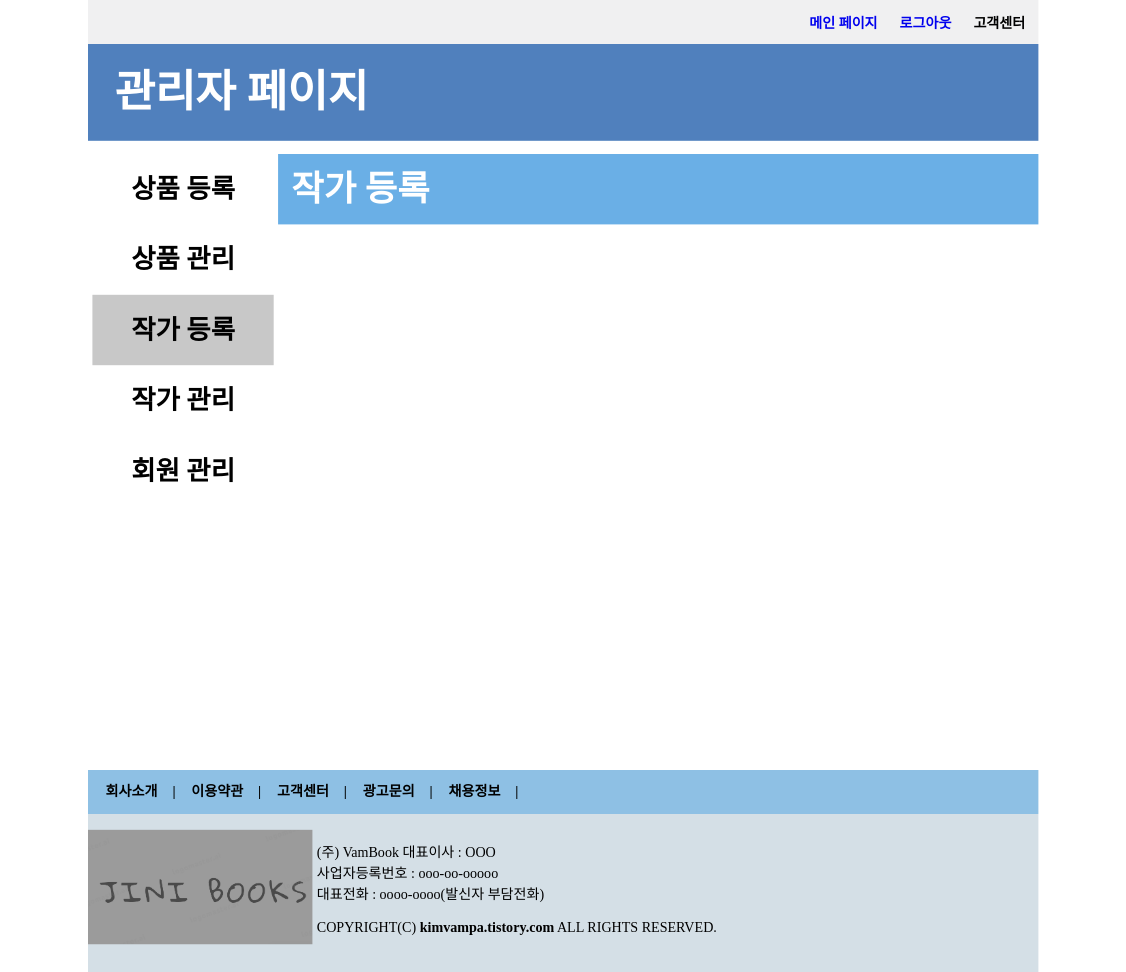
Repository: leechanjin7/ShoppingMall
Page: http://localhost/ShoppingMall/WEB-INF/views/admin/authorEnroll.jsp
The author's editor kept a copy of each file at every save. The page is drawn from the files as they stood at one save, then again after the next save.
The browser window is 1280 px wide. The pictures show the whole page, at 88% of full size.
The page is served by Tomcat 9. Nobody is signed in. Other server files are loaded and not shown. The template is opened directly, without the code that normally fills it, so the values that code supplies are empty.

Above is the page before, as saved 2023-09-08 00:31:14.

### workspace/ShoppingMall/src/main/webapp/WEB-INF/views/admin/authorEnroll.jsp
<%@ page language="java" contentType="text/html; charset=UTF-8"
    pageEncoding="UTF-8"%>
<!DOCTYPE html>
<html>
<head>
<meta charset="UTF-8">
<title>Insert title here</title>
<link rel="stylesheet" href="../resources/css/admin/authorEnroll.css">

<script
  src="https://code.jquery.com/jquery-3.4.1.js"
  integrity="sha256-WpOohJOqMqqyKL9FccASB9O0KwACQJpFTUBLTYOVvVU="
  crossorigin="anonymous"></script>
</head>
</head>
<body>

    <div class="wrapper">
        <div class="wrap">
            <!-- gnv_area -->
            <div class="top_gnb_area">
                <ul class="list">
                    <li><a href="/main">메인 페이지</a></li>
                    <li><a href="/member/logout.do">로그아웃</a></li>
                    <li>고객센터</li>
                </ul>
            </div>
            <!-- top_subject_area -->
            <div class="admin_top_wrap">
                <span>관리자 페이지</span>

            </div>
            <!-- contents-area -->
            <div class="admin_wrap">
                <!-- 네비영역 -->
                <div class="admin_navi_wrap">
                  <ul>
                      <li >
                          <a class="admin_list_01" href="/admin/goodsEnroll">상품 등록</a>
                      </li>
                      <li>
                          <a class="admin_list_02" href="/admin/goodsManage">상품 관리</a>
                      </li>
                      <lI>
                          <a class="admin_list_03" href="/admin/authorEnroll">작가 등록</a>
                      </lI>
                      <lI>
                          <a class="admin_list_04" href="/admin/authorManage">작가 관리</a>
                      </lI>
                      <lI>
                          <a class="admin_list_05">회원 관리</a>
                      </lI>
                  </ul>
                </div>
                <div class="admin_content_wrap">
                    <div class="admin_content_subject"><span>작가 등록</span></div>
                </div>
                <div class="clearfix"></div>
            </div>

        <!-- Footer 영역 -->
        <div class="footer_nav">
            <div class="footer_nav_container">
                <ul>
                    <li>회사소개</li>
                    <span class="line">|</span>
                    <li>이용약관</li>
                    <span class="line">|</span>
                    <li>고객센터</li>
                    <span class="line">|</span>
                    <li>광고문의</li>
                    <span class="line">|</span>
                    <li>채용정보</li>
                    <span class="line">|</span>
                </ul>
            </div>
        </div> <!-- class="footer_nav" -->

        <div class="footer">
            <div class="footer_container">

                <div class="footer_left">
                    <img src="../resources/img/Logo.png">
                </div>
                <div class="footer_right">
                    (주) VamBook    대표이사 : OOO
                    <br>
                    사업자등록번호 : ooo-oo-ooooo
                    <br>
                    대표전화 : oooo-oooo(발신자 부담전화)
                    <br>
                    <br>
                    COPYRIGHT(C) <strong>kimvampa.tistory.com</strong>    ALL RIGHTS RESERVED.
                </div>
                <div class="clearfix"></div>
            </div>
        </div> <!-- class="footer" -->

    </div>    <!-- class="wrap" -->
</div>    <!-- class="wrapper" -->

</body>
</html>

### workspace/ShoppingMall/src/main/webapp/resources/css/admin/authorEnroll.css
@charset "UTF-8";
*{
    margin: 0;
    padding:0;
}
a{
    text-decoration: none;
}
ul{
    list-style: none;
}
/* 화면 전체 렙 */
.wrapper{
    width: 100%;
}
/* content 랩 */
.wrap{
    width : 1080px;
    margin: auto;
}
/* 홈페이지 기능 네비 */
.top_gnb_area{
    width: 100%;
    height: 50px;
    background-color: #f0f0f1;
    position:relative;
}
.top_gnb_area .list{
    position: absolute;
    top: 0px;
    right: 0;

}
.top_gnb_area .list li{
    list-style: none;
    float : left;
    padding: 13px 15px 0 10px;
    font-weight: 900;
    cursor: pointer;
}

/* 관리제 페이지 상단 현페이지 정보 */
.admin_top_wrap{
    height:110px;
    line-height: 110px;
    background-color: #5080bd;
    margin-bottom:15px;
}
.admin_top_wrap>span{
    margin-left: 30px;
    display:inline-block;
    color: white;
    font-size: 50px;
    font-weight: bolder;
}
/* 관리자 wrap(네비+컨텐츠) */
.admin_wrap{


}

/* 관리자페이지 네비 영역 */
.admin_navi_wrap{
    width: 20%;
    height: 300px;
    float:left;
    height: 100%;
}
.admin_navi_wrap li{
    display: block;
    height: 80px;
    line-height: 80px;
    text-align: center;
}
.admin_navi_wrap li a{
    display: block;
    height: 100%;
    width: 95%;
    margin: 0 auto;
    cursor: pointer;
    font-size: 30px;
    font-weight: bolder;
}
.admin_navi_wrap li a:link {color: black;}
.admin_navi_wrap li a:visited {color: black;}
.admin_navi_wrap li a:active {color: black;}
.admin_navi_wrap li a:hover {color: black;}

.admin_list_03{
    background-color: #c8c8c8;
}


/* 관리자페이지 컨텐츠 영역 */
.admin_content_wrap{
    width: 80%;
    float:left;
    min-height : 700px;

}
.admin_content_subject{            /* 관리자 컨텐츠 제목 영역 */
    font-size: 40px;
    font-weight: bolder;
    padding-left: 15px;
    background-color: #6AAFE6;
    height: 80px;
    line-height: 80px;
    color: white;
}

/* 관리자 컨텐츠 메인 영역 */
.form_section{
    width: 95%;
    margin-left: 2%;
    margin-top: 20px;
    border: 1px solid #dbdde2;
    background-color: #efefef;
}
.form_section_title{
    padding: 20px 35px;
}
.form_section_title label{
    display: block;
    font-size: 20px;
    font-weight: 800;
}
.form_section_content{
    padding: 20px 35px;
    border-top: 1px solid #dbdde2;
}
.form_section_content input{
    width: 98%;
    height: 25px;
    font-size: 20px;
    padding: 5px 1%;
}
.form_section_content select{
    width: 98%;
    height: 35px;
    font-size: 20px;
    text-align-last: center;
}

/* 입력란 공란 경고 태그 */
.form_section_content span{
    display: none;
    padding-top: 10px;
    text-align: center;
    color: #e05757;
    font-weight: 300;
}



/* 버튼 영역 */
.btn_section{
    text-align: center;
    margin: 80px 0;
}
.btn{
    min-width: 180px;
    padding: 4px 30px;
    font-size: 25px;
    font-weight: 600;
    line-height: 40px;
}
.enroll_btn{
    background-color: #dbdde2;
    margin-left:15px;
}


/* footer navai 영역 */
.footer_nav{
    width:100%;
    height:50px;
}
.footer_nav_container{
    width: 100%;
    height: 100%;
    background-color:#8EC0E4;
}
.footer_nav_container>ul{
    font-weight : bold;
    float:left;
    list-style:none;
    position:relative;
    padding-top:10px;
    line-height: 27px;
    font-family: dotum;
    margin-left: 10px;
}
.footer_nav_container>ul>li{
    display:inline;
    width: 45px;
    height: 19px;
    padding: 10px 9px 0 10px;
}
.footer_nav_container>ul>span{
    margin: 0 4px;
}
/* footer 영역 */
.footer{
    width:100%;
    height:130px;
    background-color:#D4DFE6;
    padding-bottom : 50px;
}
.footer_container{
    width: 100%;
    height: 100%;
    margin: auto;
}
.footer_left>img {
    width: 150%;
    height: 130px;
    margin-left: -20px;
    margin-top: -12px;
}
.footer_left{
    float :left;
    width: 170px;
    margin-left: 20px;
    margin-top : 30px;

}
.footer_right{
    float :left;
    width: 680px;
    margin-left: 70px;
    margin-top : 30px;
}




/* float 속성 해제 */
.clearfix{
    clear: both;
}

After the next save:
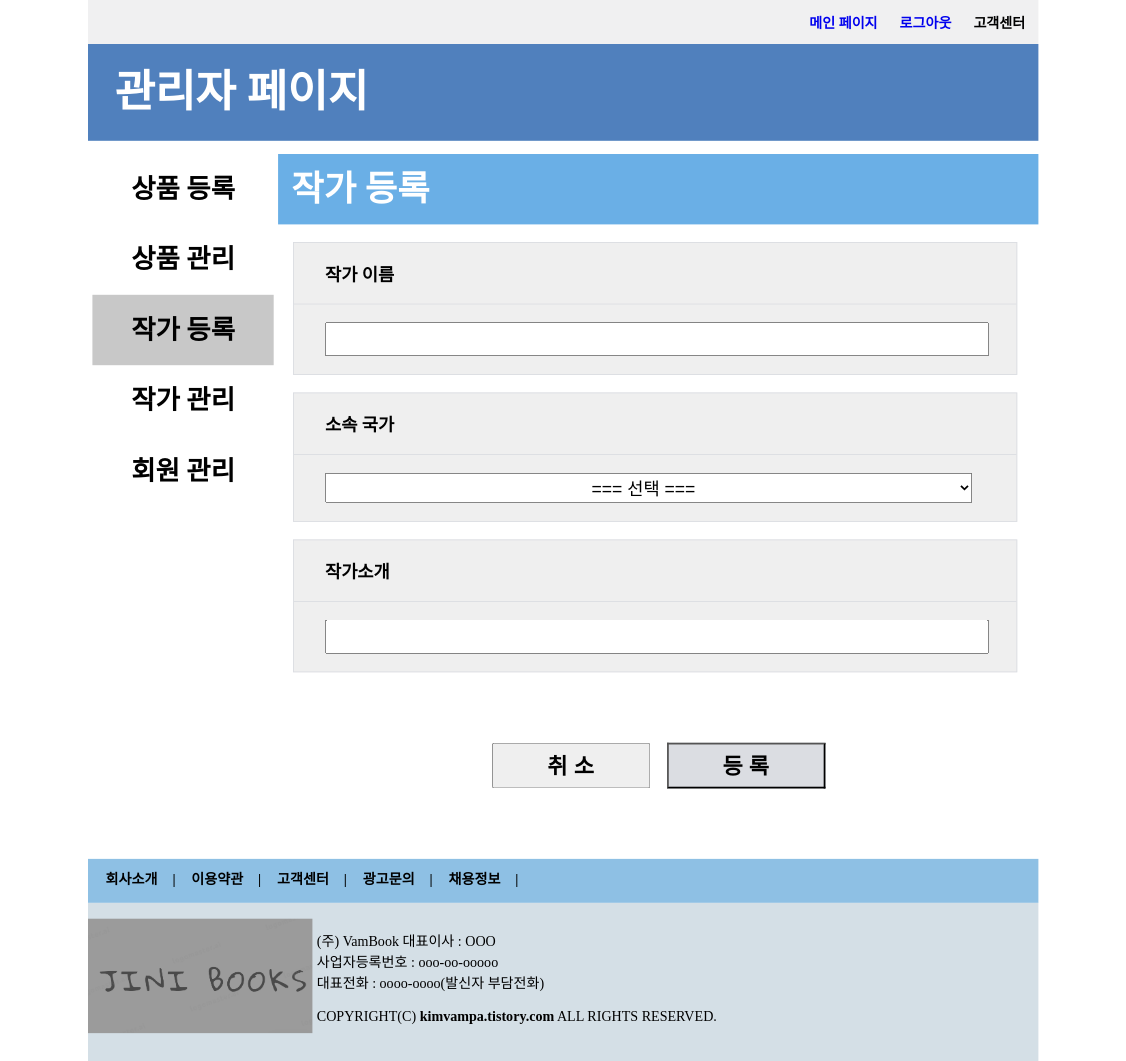
Saved 35 min 39 s later.
--- a/workspace/ShoppingMall/src/main/webapp/WEB-INF/views/admin/authorEnroll.jsp
+++ b/workspace/ShoppingMall/src/main/webapp/WEB-INF/views/admin/authorEnroll.jsp
@@ -54,6 +54,42 @@
                 </div>
                 <div class="admin_content_wrap">
                     <div class="admin_content_subject"><span>작가 등록</span></div>
+                                        <div class="admin_content_main">
+                    	<form action="/admin/authorEnroll.do" method="post" id="enrollForm">
+                    		<div class="form_section">
+                    			<div class="form_section_title">
+                    				<label>작가 이름</label>
+                    			</div>
+                    			<div class="form_section_content">
+                    				<input name="authorName">
+                    			</div>
+                    		</div>
+                    		<div class="form_section">
+                    			<div class="form_section_title">
+                    				<label>소속 국가</label>
+                    			</div>
+                    			<div class="form_section_content">
+                    				<select name="nationId">
+                    					<option value="none" selected>=== 선택 ===</option>
+                    					<option value="01">국내</option>
+                    					<option value="02">국외</option>
+                    				</select>
+                    			</div>
+                    		</div>
+                    		<div class="form_section">
+                    			<div class="form_section_title">
+                    				<label>작가소개</label>
+                    			</div>
+                    			<div class="form_section_content">
+                    				<input name="authorIntro" type="text">
+                    			</div>
+                    		</div>
+                   		</form>
+                   			<div class="btn_section">
+                   				<button id="cancelBtn" class="btn">취 소</button>
+	                    		<button id="enrollBtn" class="btn enroll_btn">등 록</button>
+	                    	</div>
+                    </div>
                 </div>
                 <div class="clearfix"></div>
             </div>
